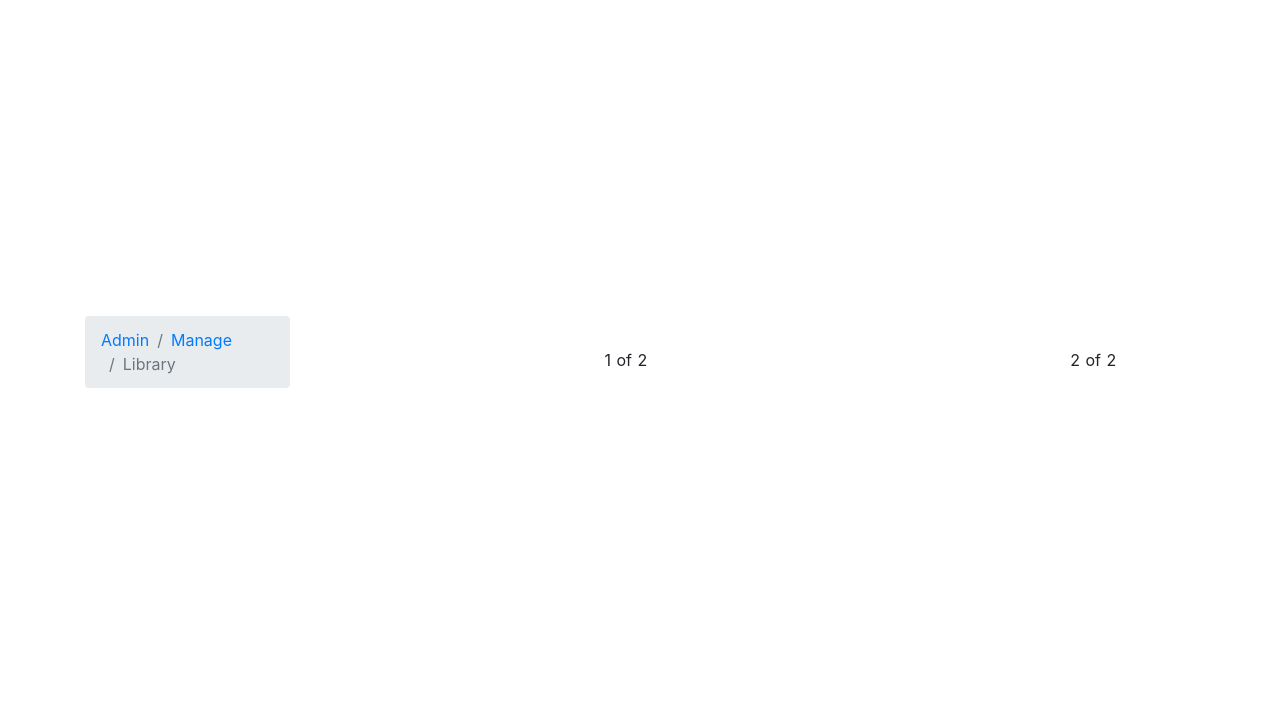
Repository: MTTTM/nuxt-xiaomatata
Page: /
These files come from the project's save history. The page is drawn as it stood at one moment and after the next save; the edit follows.
The browser window is 1280 px wide. The pictures show the part of the page from y = 600 to 1384 px (the page is 1320 px tall before and 1384 px after).
The project was rebuilt for these pictures with package versions that can differ from the ones it lists, and the page was loaded fresh each time. The framework's server and built-in components were replaced by stand-ins that run in the browser. Also part of the build but not shown: nuxt.config.js, components/Logo.vue, components/aboutMe.vue, components/articleListItem.vue, components/bloggerRanking.vue, components/carouselBox.vue, components/classifyList.vue, components/commentBox.vue and 7 more. Imported but missing from the stored project, and not drawn on this page: components/cmSpinner, mixins/scrollLoad.

Above is the page before, as saved 2021-04-10 11:11:10.

### components/breadCrumb.vue
<template>
  <b-breadcrumb :items="items"></b-breadcrumb>
</template>

<script>
export default {
  data() {
    return {
      items: [
        {
          text: "Admin",
          href: "#",
        },
        {
          text: "Manage",
          href: "#",
        },
        {
          text: "Library",
          active: true,
        },
      ],
    };
  },
};
</script>

### components/navBar.vue
<template>
  <div class="nav-bar">
    <b-navbar toggleable="lg" type="dark" variant="info" fixed="top">
      <b-navbar-brand href="#"> 塔塔 </b-navbar-brand>

      <b-navbar-toggle target="nav-collapse" />

      <b-collapse id="nav-collapse" is-nav>
        <b-navbar-nav>
          <b-nav-item href="#"> Link </b-nav-item>
          <b-nav-item href="#" disabled> Disabled </b-nav-item>
          <b-nav-item-dropdown text="Lang" right>
            <b-dropdown-item href="#"> EN </b-dropdown-item>
            <b-dropdown-item href="#"> ES </b-dropdown-item>
            <b-dropdown-item href="#"> RU </b-dropdown-item>
            <b-dropdown-item href="#"> FA </b-dropdown-item>
          </b-nav-item-dropdown>
        </b-navbar-nav>

        <!-- Right aligned nav items -->
        <b-navbar-nav class="ml-auto">
          <b-nav-form>
            <b-form-input size="sm" class="mr-sm-2" placeholder="Search" />

            <b-button size="sm" class="my-2 my-sm-0" type="submit">
              Search
            </b-button>
          </b-nav-form>

          <b-nav-item-dropdown right>
            <!-- Using 'button-content' slot -->
            <template #button-content>
              <b-avatar
                variant="info"
                src="https://placekitten.com/300/300"
              ></b-avatar>
              <em>User</em>
            </template>

            <b-dropdown-item href="#"> Profile </b-dropdown-item>
            <b-dropdown-item href="#"> Sign Out </b-dropdown-item>
          </b-nav-item-dropdown>
        </b-navbar-nav>
      </b-collapse>
    </b-navbar>
  </div>
</template>
<script>
export default {};
</script>
<style lang="scss">
* {
  margin: 0;
  padding: 0;
}
</style>

### layouts/default.vue
<template>
  <div>
    <navBar />
    <Nuxt />
  </div>
</template>
<script>
import navBar from "../components/navBar";
export default {
  components: { navBar }
};
</script>
<style>
html {
  font-size: 16px;
  word-spacing: 1px;
  -ms-text-size-adjust: 100%;
  -webkit-text-size-adjust: 100%;
  -moz-osx-font-smoothing: grayscale;
  -webkit-font-smoothing: antialiased;
  box-sizing: border-box;
}
</style>

### pages/index.vue
<template>
  <div>
    <b-carousel
      id="carousel-1"
      v-model="slide"
      :interval="4000"
      controls
      indicators
      background="#ababab"
      img-width="1024"
      img-height="480"
      style="text-shadow: 1px 1px 2px #333"
      @sliding-start="onSlideStart"
      @sliding-end="onSlideEnd"
    >
      <!-- Text slides with image -->
      <b-carousel-slide
        caption="First slide"
        text="Nulla vitae elit libero, a pharetra augue mollis interdum."
        img-src="https://picsum.photos/1024/480/?image=52"
      ></b-carousel-slide>

      <!-- Slides with custom text -->
      <b-carousel-slide img-src="https://picsum.photos/1024/480/?image=54">
        <h1>Hello world!</h1>
      </b-carousel-slide>

      <!-- Slides with image only -->
      <b-carousel-slide
        img-src="https://picsum.photos/1024/480/?image=58"
      ></b-carousel-slide>

      <!-- Slides with img slot -->
      <!-- Note the classes .d-block and .img-fluid to prevent browser default image alignment -->
      <b-carousel-slide>
        <template #img>
          <img
            class="d-block img-fluid w-100"
            width="1024"
            height="480"
            src="https://picsum.photos/1024/480/?image=55"
            alt="image slot"
          />
        </template>
      </b-carousel-slide>

      <!-- Slide with blank fluid image to maintain slide aspect ratio -->
      <b-carousel-slide caption="Blank Image" img-blank img-alt="Blank image">
        <p>
          Lorem ipsum dolor sit amet, consectetur adipiscing elit. Suspendisse
          eros felis, tincidunt a tincidunt eget, convallis vel est. Ut
          pellentesque ut lacus vel interdum.
        </p>
      </b-carousel-slide>
    </b-carousel>
    <b-container class="bv-example-row">
      <breadCrumb />
      <b-row class="w-100">
        <b-col cols="9" md="9" sm="12">1 of 2</b-col>
        <b-col cols="3" md="3" sm="12">2 of 2</b-col>
      </b-row>
    </b-container>
  </div>
</template>
<script>
import breadCrumb from "../components/breadCrumb";
export default {
  components: { breadCrumb },
};
</script>
<style>
.container {
  margin: 0 auto;
  min-height: 100vh;
  display: flex;
  justify-content: center;
  align-items: center;
  text-align: center;
}

.title {
  display: block;
  font-weight: 300;
  font-size: 100px;
  color: #35495e;
  letter-spacing: 1px;
}

.subtitle {
  font-weight: 300;
  font-size: 42px;
  color: #526488;
  word-spacing: 5px;
  padding-bottom: 15px;
}

.links {
  padding-top: 15px;
}
</style>

Loaded but not shown: store/system.js (no copy from this time; the picture is the same without it)

After the next save:
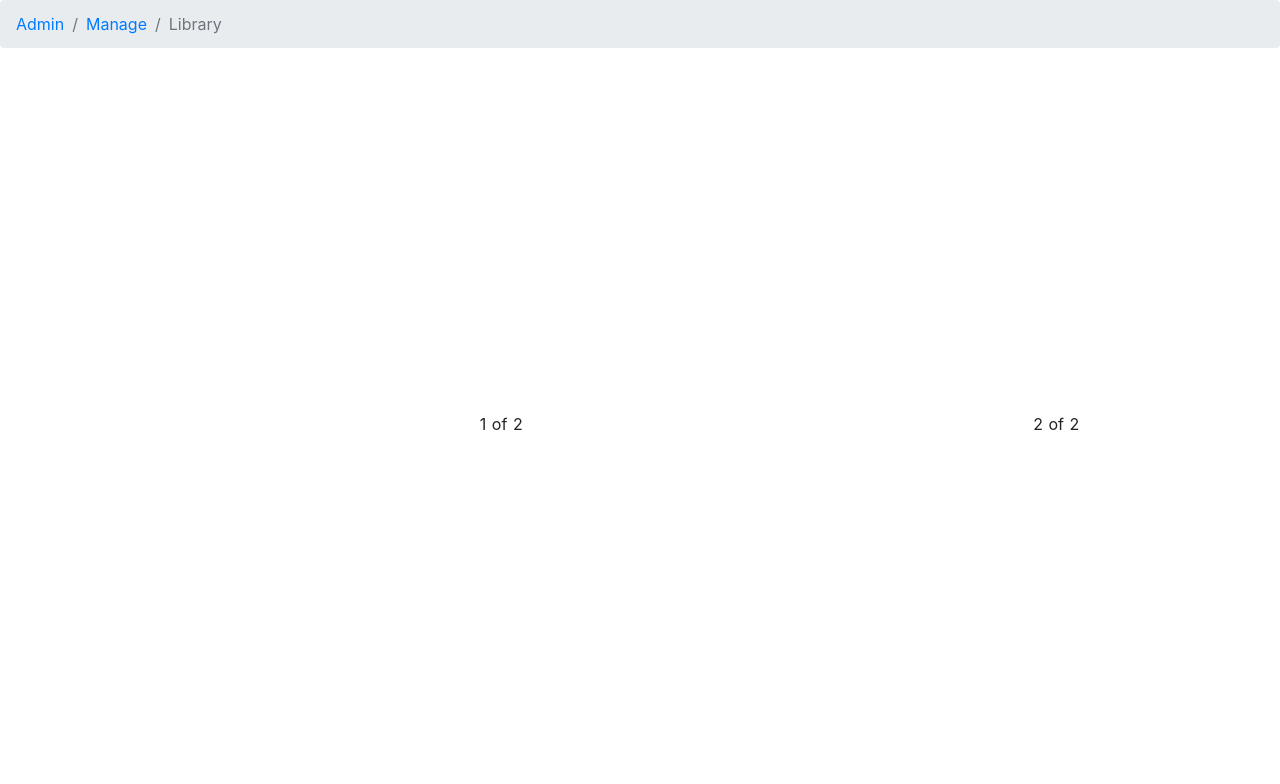
Saved 12 s later.
--- a/pages/index.vue
+++ b/pages/index.vue
@@ -53,8 +53,8 @@
         </p>
       </b-carousel-slide>
     </b-carousel>
+    <breadCrumb />
     <b-container class="bv-example-row">
-      <breadCrumb />
       <b-row class="w-100">
         <b-col cols="9" md="9" sm="12">1 of 2</b-col>
         <b-col cols="3" md="3" sm="12">2 of 2</b-col>
